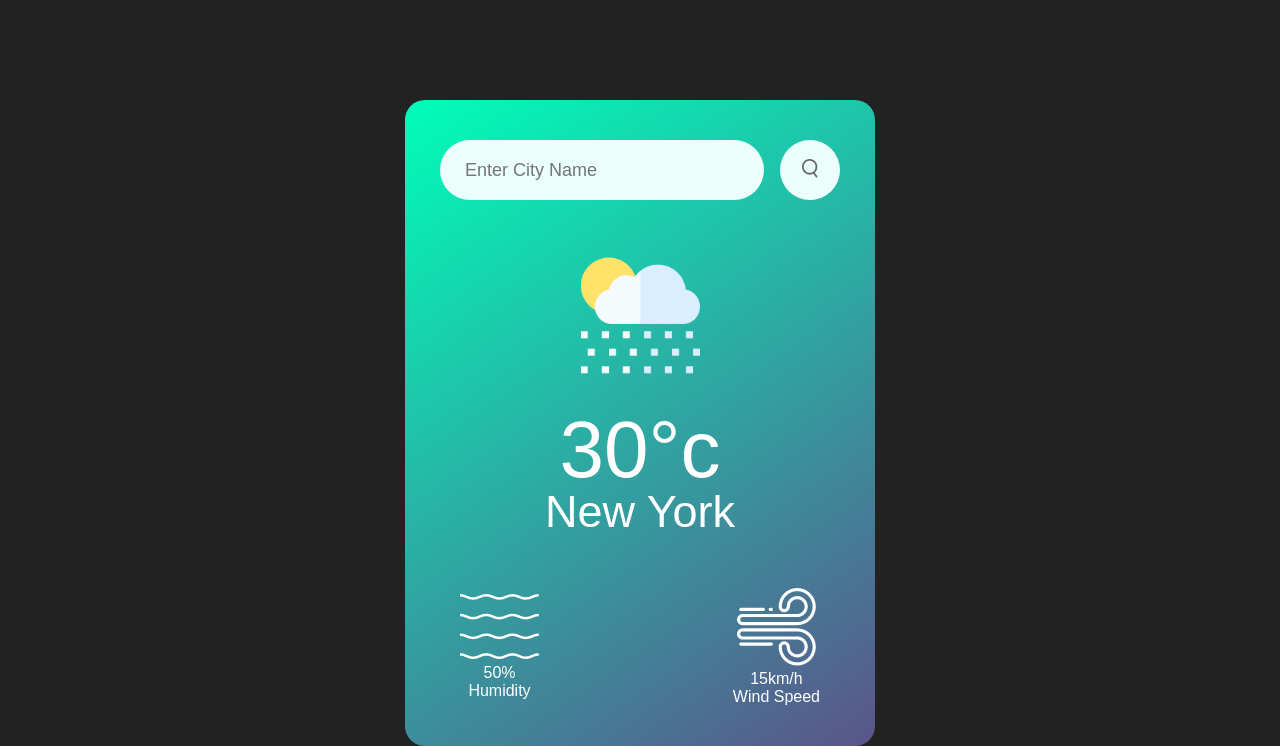
Repository: dubeprince/WeatherApp-Project
Page: WeatherApp/index.html
An editor plug-in stored every save of this project. The page is shown before and after the next save, followed by the edit.
The browser window is 1280 px wide. The pictures show the whole page.

Above is the page before, as saved 2023-05-26 11:22:30.

After the next save:
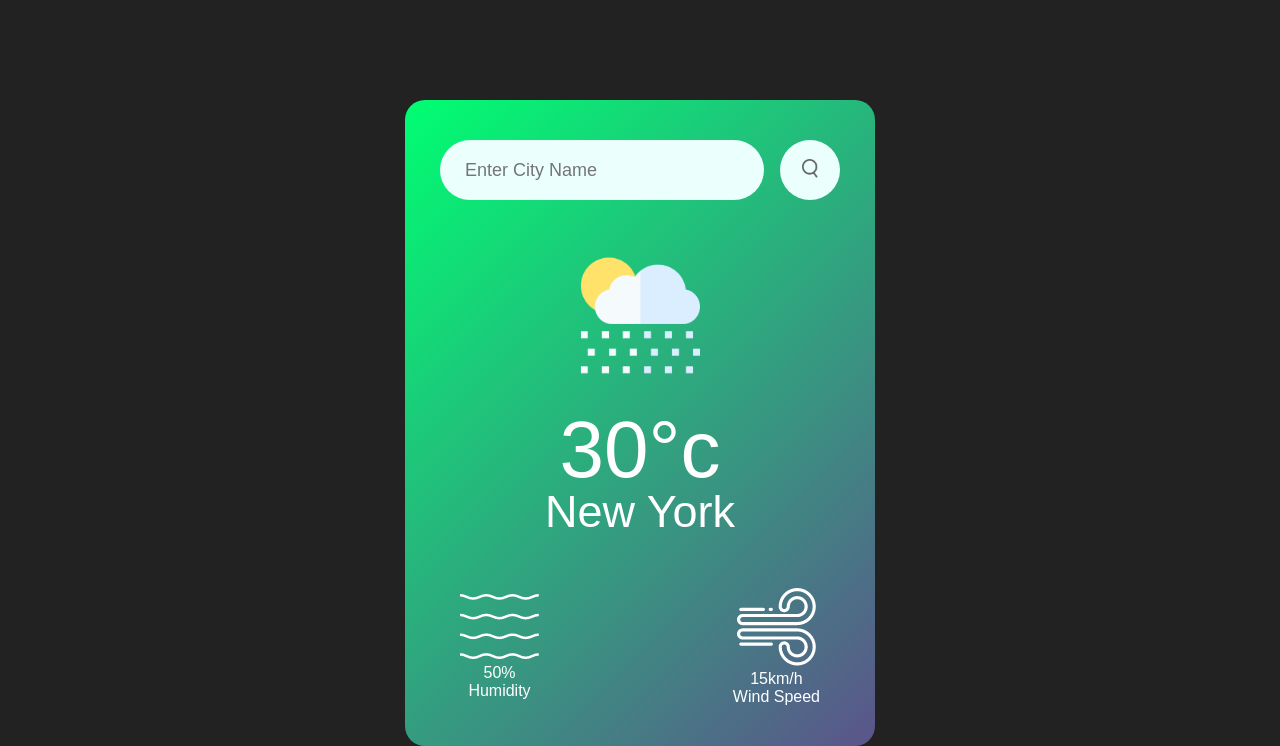
Saved 35 s later.
--- a/WeatherApp/style.css
+++ b/WeatherApp/style.css
@@ -11,7 +11,7 @@ body{
 .card{
     width: 90%;
     max-width: 470px;
-    background: linear-gradient(145deg, #00feba, #5b548a);
+    background: linear-gradient(135deg, #00fe72, #5b548a);
     color: #fff; /* white */
     margin: 100px auto 0;
     border-radius: 20px;
